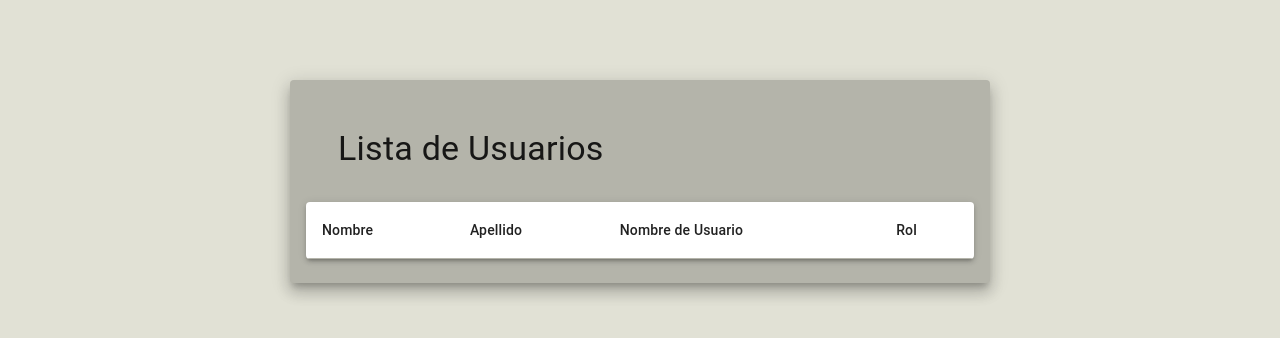
Repository: Mpablom/usuarioCaC-integrador-final-front
Page: /usuarios
The author's editor kept a copy of each file at every save. The page is drawn from the files as they stood at one save, then again after the next save.
The browser window is 1280 px wide. The pictures show the whole page.
The page's requests for data from a server got no answer. The project was rebuilt for these pictures with package versions that can differ from the ones it lists, and the page was loaded fresh each time. No one was signed in, and anything a server would have sent is missing. Also part of the build but not shown: vite.config.ts, src/components/Login.tsx.

Above is the page before, as saved 2024-07-11 00:16:55.

### src/App.tsx
// App.tsx (o donde configures tus rutas)
import React from 'react';
import {
  BrowserRouter as Router,
  Route,
  Routes,
  Navigate,
} from 'react-router-dom';
import Login from './components/Login'; // Componente de inicio de sesión
import UsuariosTable from './components/UsuariosTable'; // Componente de la tabla de usuarios

const App: React.FC = () => {
  return (
    <Router>
      <Routes>
        <Route path="/login" element={<Login />} />
        <Route path="/usuarios" element={<UsuariosTable />} />
        <Route path="/" element={<Navigate to="/login" />} />
      </Routes>
    </Router>
  );
};

export default App;

### src/index.css
 :root {
  font-family: system-ui, -apple-system, BlinkMacSystemFont, 'Segoe UI', Roboto;
  line-height: 1.5;
  /* font-weight: 400; */

  color-scheme: light dark;
  color: rgba(255, 255, 255, 0.87);
  background-color: #E1E1D5;

  font-synthesis: none;
  text-rendering: optimizeLegibility;
  -webkit-font-smoothing: antialiased;
  -moz-osx-font-smoothing: grayscale;
}
Card{
  background-color: #B4B4AA;
}
/*
a {
  font-weight: 500;
  color: #646cff;
  text-decoration: inherit;
}
a:hover {
  color: #535bf2;
}

body {
  margin: 0;
  display: flex;
  place-items: center;
  min-width: 320px;
  min-height: 100vh;
}

h1 {
  font-size: 3.2em;
  line-height: 1.1;
  color: #1a1a1a;
}

button {
  border-radius: 8px;
  border: 1px solid transparent;
  padding: 0.6em 1.2em;
  font-size: 1em;
  font-weight: 500;
  font-family: inherit;
  background-color: #1a1a1a;
  cursor: pointer;
  transition: border-color 0.25s;
}
button:hover {
  border-color: #646cff;
}
button:focus,
button:focus-visible {
  outline: 4px auto -webkit-focus-ring-color;
}

@media (prefers-color-scheme: light) {
  :root {
    color: #213547;
    background-color: #ffffff;
  }
  a:hover {
    color: #747bff;
  }
  button {
    background-color: #f9f9f9;
  }
}
 */

### src/components/UsuariosTable.tsx
import React, { useEffect, useState } from "react";
import {
  TableContainer,
  Table,
  TableHead,
  TableBody,
  TableRow,
  TableCell,
  Paper,
  Card,
  CardHeader,
  CardContent,
  Typography,
} from "@mui/material";
import { Usuario } from "../models/UsuarioModel";
import { getUsuarios } from "../axios/UsuarioApi";

const UsuariosTable: React.FC = () => {
  const [usuarios, setUsuarios] = useState<Usuario[]>([]);

  useEffect(() => {
    const fetchUsuarios = async () => {
      try {
        const usuariosData = await getUsuarios();
        setUsuarios(usuariosData);
      } catch (error) {
        console.error("Error fetching usuarios:", error);
      }
    };

    fetchUsuarios();
  }, []);

  return (
    <Card sx={{ maxWidth: 700, margin: "auto", boxShadow:'10', mt: 10, bgcolor:"#B4B4AA" }}>
      <CardContent>
         <Typography variant="h4" component="h1" p={4}>
          Lista de Usuarios
        </Typography>
        <TableContainer component={Paper} sx={{ boxShadow:'3' }}>
          <Table sx={{borderColor:"#b4b4aa"}}>
            <TableHead>
              <TableRow>
                <TableCell sx={{borderColor:"#b4b4aa"}}>Nombre</TableCell>
                <TableCell sx={{borderColor:"#b4b4aa"}}>Apellido</TableCell>
                <TableCell sx={{borderColor:"#b4b4aa"}}>Nombre de Usuario</TableCell>
                <TableCell sx={{borderColor:"#b4b4aa"}}>Rol</TableCell>
              </TableRow>
            </TableHead>
            <TableBody>
              {usuarios.map((usuario) => (
                <TableRow key={usuario.id} sx={{borderColor:"#b4b4aa"}}>
                  <TableCell sx={{borderColor:"#b4b4aa"}}>{usuario.nombre}</TableCell>
                  <TableCell sx={{borderColor:"#b4b4aa"}}>{usuario.apellido}</TableCell>
                  <TableCell sx={{borderColor:"#b4b4aa"}}>{usuario.username}</TableCell>
                  <TableCell sx={{borderColor:"#b4b4aa"}}>{usuario.rol}</TableCell>
                </TableRow>
              ))}
            </TableBody>
          </Table>
        </TableContainer>
      </CardContent>
    </Card>
  );
};

export default UsuariosTable;

### src/axios/UsuarioApi.ts
import api from './Api';
import { Usuario, UsuarioLogin } from '../models/UsuarioModel';

export const getUsuarios = async (): Promise<Usuario[]> => {
  const response = await api.get('/usuarios');
  return response.data;
};

export const getUsuarioById = async (id: number): Promise<Usuario> => {
  const response = await api.get(`/usuarios/${id}`);
  return response.data;
};

export const createUsuario = async (usuario: Usuario): Promise<void> => {
  const response = await api.post('/usuarios', usuario);
  return response.data;
};

export const updateUsuario = async (id: number, usuario: Usuario): Promise<void> => {
  const response = await api.put(`/usuarios/${id}`, usuario);
  return response.data;
};

export const deleteUsuario = async (id: number): Promise<void> => {
  const response = await api.delete(`/usuarios/${id}`);
  return response.data;
};

export const restoreUsuario = async (id: number): Promise<void> => {
  const response = await api.patch(`/usuarios/${id}`);
  return response.data;
};
export const login = async (usuarioLogin: UsuarioLogin): Promise<Usuario> => {
    try {
        const response = await api.post(`/usuarios/login`, usuarioLogin);
        return response.data as Usuario; // Asegúrate de que response.data sea del tipo Usuario
    } catch (error) {
        if (error instanceof Error) {
            throw new Error(`Error al iniciar sesión: ${error.message}`);
        } else {
            throw new Error(`Error al iniciar sesión: Error desconocido`);
        }
    }
  }

### src/axios/api.ts
import axios from 'axios';

const api = axios.create({
  baseURL: 'http://localhost:8080',
  headers: {
    'Content-Type': 'application/json',
  },
});

export default api;

Loaded but not shown: index.html (common file); src/main.tsx (common file)

After the next save:
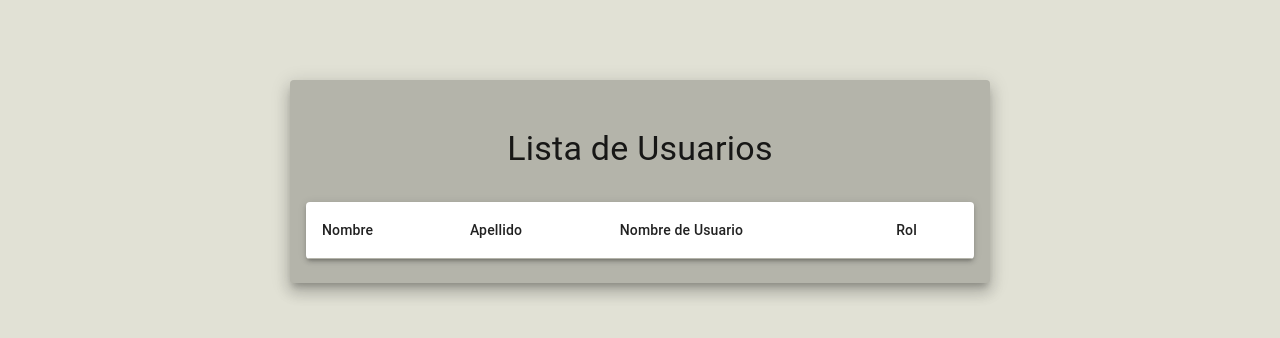
Saved 20 s later.
--- a/src/components/UsuariosTable.tsx
+++ b/src/components/UsuariosTable.tsx
@@ -34,7 +34,7 @@ const UsuariosTable: React.FC = () => {
   return (
     <Card sx={{ maxWidth: 700, margin: "auto", boxShadow:'10', mt: 10, bgcolor:"#B4B4AA" }}>
       <CardContent>
-         <Typography variant="h4" component="h1" p={4}>
+         <Typography variant="h4" component="h1" p={4} textAlign={"center"}>
           Lista de Usuarios
         </Typography>
         <TableContainer component={Paper} sx={{ boxShadow:'3' }}>
